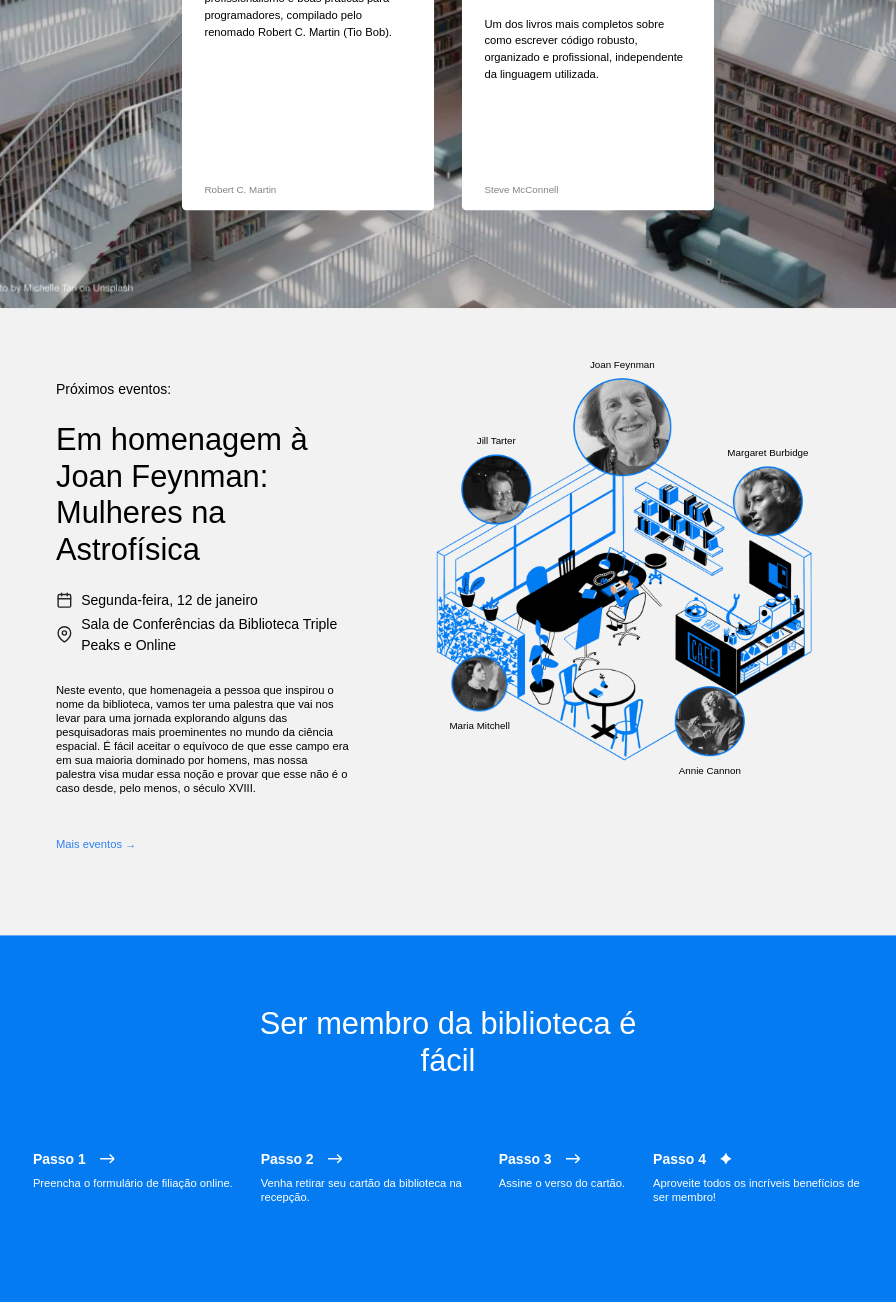
Repository: thainagomesc/web_project_library_pt
Page: index.html
These files come from the project's save history. The page is drawn as it stood at one moment and after the next save; the edit follows.
The browser window is 1280 px wide. The pictures show the part of the page from y = 1546 to 3466 px (the page is 3406 px tall before and 3466 px after), at 70% of full size.

Above is the page before, as saved 2025-12-29 16:41:18.

### index.html
<!DOCTYPE html>
<html lang="pt">
  <head>
    <meta charset="UTF-8" />
    <meta name="viewport" content="width=device-width, initial-scale=1.0" />
    <title>Biblioteca Triple Peaks</title>
    <link rel="shortcut icon" href="favicon.ico" />
    <link rel="stylesheet" href="./vendor/normalize.css" />
    <link rel="stylesheet" href="./styles/style.css" />
  </head>

  <body>
    <div class="page">
      <header class="header">
        <nav class="nav">
          <img
            src="./images/logo.svg"
            alt="Logotipo da Biblioteca Triple Peaks"
            class="nav__logo"
          />

          <ul class="nav__links">
            <li><a class="nav__link" href="#staff">Escolhas da Equipe</a></li>
            <li><a class="nav__link" href="#events">Eventos</a></li>
            <li><a class="nav__link" href="#">Seja um membro</a></li>
            <li><a class="nav__link" href="#">Contatos</a></li>
          </ul>
        </nav>

        <div class="header__content">
          <div>
            <h1 class="header__title">Bem-vindo à Biblioteca Triple Peaks</h1>
            <p class="header__description">
              Temos o prazer de abrir as portas da nossa biblioteca a todos! Venha expandir
              seus conhecimentos de desenvolvimento, ou apenas use esse belo local para trabalhar
              ou estudar. Esse é um lugar legal para estudantes legais!
            </p>
          </div>
          <img
            src="./images/inside_the_library.png"
            alt="Ilustração 'Dentro da biblioteca'"
            class="header__image"
          />
        </div>

        <div class="header__footer">
          <p class="header__address">Triple Peaks, 200 Success Avenue</p>
        </div>
      </header>

      <main class="content">
        <section class="staff" id="staff">
          <h2 class="staff__title">Escolhas da Equipe</h2>
          <p class="staff__subtitle">Que nossos leitores adoram</p>

          <ul class="staff__cards">

            <li class="card">
              <div class="card__content">
                <h3 class="card__title">Algoritmos: Teoria e Prática</h3>
                <p class="card__text">
                  Esse livro é uma introdução adequada aos algoritmos! Introdução aos algoritmos,
                  ou CLRS, em referência aos sobrenomes dos autores, aprofunda e abrange uma
                  variedade de algoritmos em vários capítulos independentes.
                </p>
                <p class="card__footer">
                  Thomas H. Cormen, Charles E. Leiserson, Ronald L. Rivest, Clifford Stein
                </p>
              </div>
            </li>

            <li class="card">
              <div class="card__content">
                <h3 class="card__title">
                  A Estrutura e Interpretação de Programas de Computador (SICP)
                </h3>
                <p class="card__text">
                  Um dos melhores livros para aprender os fundamentos da programação. Destacado
                  pelo MIT em um de seus cursos fundamentais, usa Scheme para ilustrar diversos
                  conceitos importantes.
                </p>
                <p class="card__footer">
                  Harold Abelson, Gerald Jay Sussman, Julie Sussman
                </p>
              </div>
            </li>

            <li class="card">
              <div class="card__content">
                <h3 class="card__title">
                  O Codificador Limpo
                </h3>
                <p class="card__text">
                  Um guia essencial sobre ética, profissionalismo e boas práticas para programadores,
                  compilado pelo renomado Robert C. Martin (Tio Bob).
                </p>
                <p class="card__footer">Robert C. Martin</p>
              </div>
            </li>

            <li class="card">
              <div class="card__content">
                <h3 class="card__title">
                  Code Complete: Um Manual Prático de Construção de Software
                </h3>
                <p class="card__text">
                  Um dos livros mais completos sobre como escrever código robusto, organizado e
                  profissional, independente da linguagem utilizada.
                </p>
                <p class="card__footer">Steve McConnell</p>
              </div>
            </li>
          </ul>
        </section>

        <section class="events" id="events">
        <div class="events__content">

          <h2 class="events__heading">Próximos eventos:</h2>
          <h3 class="events__title">
          Em homenagem à Joan Feynman: Mulheres na Astrofísica
          </h3>

          <div class="event-info events__info-section">
            <div class="event-info__item">

              <img
                src="./images/icon_calendar.svg"
                alt="Calendar icon"
                class="event-info__icon"
              />

              <p class="event-info__text">Segunda-feira, 12 de janeiro</p>
            </div>

            <div class="event-info__item">

              <img
                src="./images/icon_pin.svg"
                alt="Pin icon"
                class="event-info__icon"
              />

              <p class="event-info__text">
                Sala de Conferências da Biblioteca Triple Peaks e Online
              </p>
            </div>
          </div>

          <p class="events__description">
            Neste evento, que homenageia a pessoa que inspirou o nome da biblioteca, vamos ter uma
            palestra que vai nos levar para uma jornada explorando alguns das pesquisadoras mais
            proeminentes no mundo da ciência espacial. É
            fácil aceitar o equívoco de que esse campo era em sua maioria
            dominado por homens, mas nossa palestra visa mudar essa noção e
            provar que esse não é o caso desde, pelo menos,
            o século XVIII.
          </p>
          <a href="#events" class="events__more">Mais eventos &rarr;</a>
        </div>

        <div class="events__cover">
          <img
            src="./images/cafe.png"
            alt="Ilustração 'Café na Biblioteca'"
            class="events__image"
          />

          <div class="person person_name_feynman">
            <p class="person__caption">Joan Feynman</p>

            <img
              src="./images/person_feynman.png"
              alt="Ilustração de Joan Feynman"
              class="person__image person__image_size_l"
            />
          </div>

          <div class="person person_name_burbidge">
            <p class="person__caption">Margaret Burbidge</p>

            <img
              src="./images/person_burbidge.png"
              alt="Ilustração de Margaret Burbidge"
              class="person__image person__image_size_m"
            />
          </div>

          <div class="person person_name_cannon">

            <img
              src="./images/person_cannon.png"
              alt="Ilustração de Annie Cannon"
              class="person__image person__image_size_m"
            />
            <p class="person__caption">Annie Cannon</p>
          </div>

          <div class="person person_name_mitchell">
            <img
              src="./images/person_mitchell.png"
              alt="Ilustração de Maria Mitchell"
              class="person__image person__image_size_s"
            />

            <p class="person__caption">Maria Mitchell</p>
          </div>

          <div class="person person_name_tarter">
            <p class="person__caption">Jill Tarter</p>

            <img
              src="./images/person_tarter.png"
              alt="Ilustração de Jill Tarter"
              class="person__image person__image_size_m"
            />
          </div>
        </section>

        <section class="membership">
          <h2 class="membership__title">Ser membro da biblioteca é fácil</h2>

          <ul class="membership__steps">
            <li class="step">

          <h3 class="step__title">
            Passo 1
            <img
              src="./images/icon_step_forward.svg"
              alt="icon forward"
              class="step__icon"
            />
          </h3>

          <p class="step__description">
            Preencha o formulário de filiação online.
          </p>

          </li>
            <li class="step">
            <h3 class="step__title">
            Passo 2
            <img
              src="./images/icon_step_forward.svg"
              alt="icon forward"
              class="step__icon"
            />
            </h3>
            <p class="step__description">
            Venha retirar seu cartão da biblioteca na recepção.
            </p>
          </li>

          <li class="step">
            <h3 class="step__title">
            Passo 3
            <img
              src="./images/icon_step_forward.svg"
              alt="icon forward"
              class="step__icon"
            />
            </h3>
            <p class="step__description">Assine o verso do cartão.</p>
          </li>
            <li class="step">
              <h3 class="step__title">
                Passo 4
                <img
                  src="./images/icon_step_finish.svg"
                  alt="icon finish"
                  class="step__icon"
                />
              </h3>
              <p class="step__description">
                Aproveite todos os incríveis benefícios de ser membro!
              </p>
            </li>
          </ul>
        </section>
      </main>
    </div>
  </body>
</html>

### styles/style.css
.page {
  min-width: 1100px;
  max-width: 1600px;
  margin: 0 auto;
  font-family: Arial, sans-serif;
  font-size: 16px;
  line-height: 20px;
}

.header {
  display: flex;
  flex-direction: column;
  height: 100vh;
  min-height: 720px;
  max-height: 800px;
  padding: 30px 80px 40px;
  position: relative;
  box-sizing: border-box;
}

.nav {
  display: flex;
  justify-content: space-between;
}

.nav__logo {
  width: 80px;
  height: 58px;
}

.nav__links {
  list-style-type: none;
  padding: 0;
  margin: 8px 0 0;
  display: flex;
  column-gap: 20px;
}

.nav__link {
  color: #000000;
  text-decoration: none;
}

.header__content {
  display: flex;
  justify-content: space-between;
}

.header__title {
  max-width: 635px;
  margin: 128px 0 32px;
  font-size: 62px;
  line-height: 76px;
  font-weight: 500;
}

.header__description {
  max-width: 515px;
  margin: 0;
  font-size: 20px;
  line-height: 30px;
}

.header__image {
  max-width: 636px;
}

.header__footer {
  margin-top: auto;
  width: 100%;
  display: flex;
  align-items: center;
  justify-content: flex-end;
  box-sizing: border-box;
}

.header__link {
  color: #2f80ed;
  text-decoration: none;
}

.header__address {
  margin: 0;
  color: #838383;
}

/* STAFF SECTION */

.staff {
  background-image: url("../images/staff_picks_background.jpg");
  background-position: center;
  background-size: cover;
  padding: 100px 0 140px;
}

.staff__title {
  text-align: center;
  font-size: 44px;
  line-height: 52px;
  font-weight: 400;
  margin: 0 0 24px;
  color: #ffffff;
}

.staff__subtitle {
  text-align: center;
  font-size: 20px;
  line-height: 30px;
  font-weight: 400;
  margin: 0;
  color: #ffffff;
}

.staff__cards {
  max-width: 760px;
  margin: 40px auto 0;
  padding: 0;
  list-style-type: none;
  display: flex;
  flex-wrap: wrap;
  justify-content: center;
  gap: 40px;
}

.card {
  background-color: #fff;
  border-radius: 6px;
  padding: 32px 40px 20px 32px;
  box-sizing: border-box;
  height: 420px;
  width: 360px;
  list-style-type: none;
}

.card__content {
  width: 100%;
  height: 100%;
  display: flex;
  flex-direction: column;
}

.card__title {
  font-size: 20px;
  line-height: 30px;
  font-weight: 700;
  margin: 0;
}

.card__text {
  margin: 20px 0 0;
  font-size: 16px;
  line-height: 24px;
}

.card__footer {
  margin: 0;
  font-size: 14px;
  line-height: 20px;
  color: #838383;
  margin-top: auto;
}

.events {
  padding: 100px 0 120px 80px;
  display: flex;
  align-items: start;
  justify-content: space-between;
  box-sizing: border-box;
  background-color: #f2f2f2;
}

.events__content {
  flex-basis: 580px;
}

.events__heading {
  font-size: 20px;
  font-weight: 500;
  line-height: 30px;
  margin: 0;
}

.events__title {
  font-size: 44px;
  font-weight: 500;
  line-height: 52px;
  margin: 32px 0 0;
}

.events__info-section {
  margin-top: 32px;
}

.event-info__item {
  display: flex;
  align-items: center;
  margin-bottom: 4px;
  font-weight: 500;
}

.event-info__icon {
  background-repeat: no-repeat;
  background-position: center;
  margin-right: 12px;
  width: 24px;
  height: 24px;
}

.event-info__text {
  font-size: 20px;
  font-weight: 500;
  line-height: 30px;
  margin: 0;
}

.events__description {
  margin: 40px 0 60px;
}

.events__more {
  color: #2f80ed;
  text-decoration: none;
}

.events__cover {
  flex-grow: 1;
  flex-shrink: 0;
  flex-basis: 780px;
  max-width: 780px;
  position: relative;
}

.events__image {
  max-width: 100%;
}

.person {
  position: absolute;
  display: flex;
  align-items: center;
  flex-direction: column;
  gap: 10px;
}

.person_name_feynman {
  top: -30px;
  right: auto;
  bottom: auto;
  left: 319px;
}

.person_name_burbidge {
  top: 96px;
  right: 125px;
  bottom: auto;
  left: auto;
}

.person_name_cannon {
  top: auto;
  right: 216px;
  bottom: 18px;
  left: auto;
}

.person_name_mitchell {
  top: auto;
  right: auto;
  bottom: 82px;
  left: 142px;
}

.person_name_tarter {
  top: 79px;
  right: auto;
  bottom: auto;
  left: 159px;
}

.person__image {
  max-width: 100%;
}

.person__image_size_l {
  width: 140px;
}

.person__image_size_m {
  width: 100px;
}

.person__image_size_s {
  width: 80px;
}

.person__caption {
  text-align: center;
  font-size: 14px;
  margin: 0;
}

.membership {
  padding: 100px 0 140px;
  background-color: #057bf2;
  color: #ffffff;
}

.membership__title {
  max-width: 574px;
  margin: 0 auto;
  text-align: center;
  font-size: 44px;
  font-weight: 500;
  line-height: 52px;
}

.membership__steps {
  list-style-type: none;
  padding: 0;
  margin: 100px 0 0;
  display: flex;
  justify-content: center;

}

.step {
  max-width: 300px;
  margin: 0 20px;
  gap: 40px;
  bottom: 220px;
}

.step__title {
  margin: 0;
  font-size: 20px;
  line-height: 30px;
  font-weight: 700;
  display: flex;
  align-items: center;
}

.step__icon {
  margin-left: 20px;
}

.step__description {
  margin: 10px 0 0;
}

.footer {
  box-sizing: border-box;
}

.footer__columns {
}

.footer__column_content_hours {
}

.footer__column_content_social {
}

.footer__logo {
}

.footer__column-heading {
}

.footer__list {
  /* O código abaixo remove os estilos do navegador padrão para listas */
  list-style-type: none;
  padding: 0;
  margin: 0;
}

.footer__list-item {
}

.footer__column-link {
  color: white;
  text-decoration: none;
}

.footer__social-icon {
}

.footer__copyright {
  text-align: center;
  font-size: 14px;
  line-height: 20px;
  color: #838383;
  margin: 40px 0 20px;
}

Loaded but not shown: vendor/normalize.css (library)

After the next save:
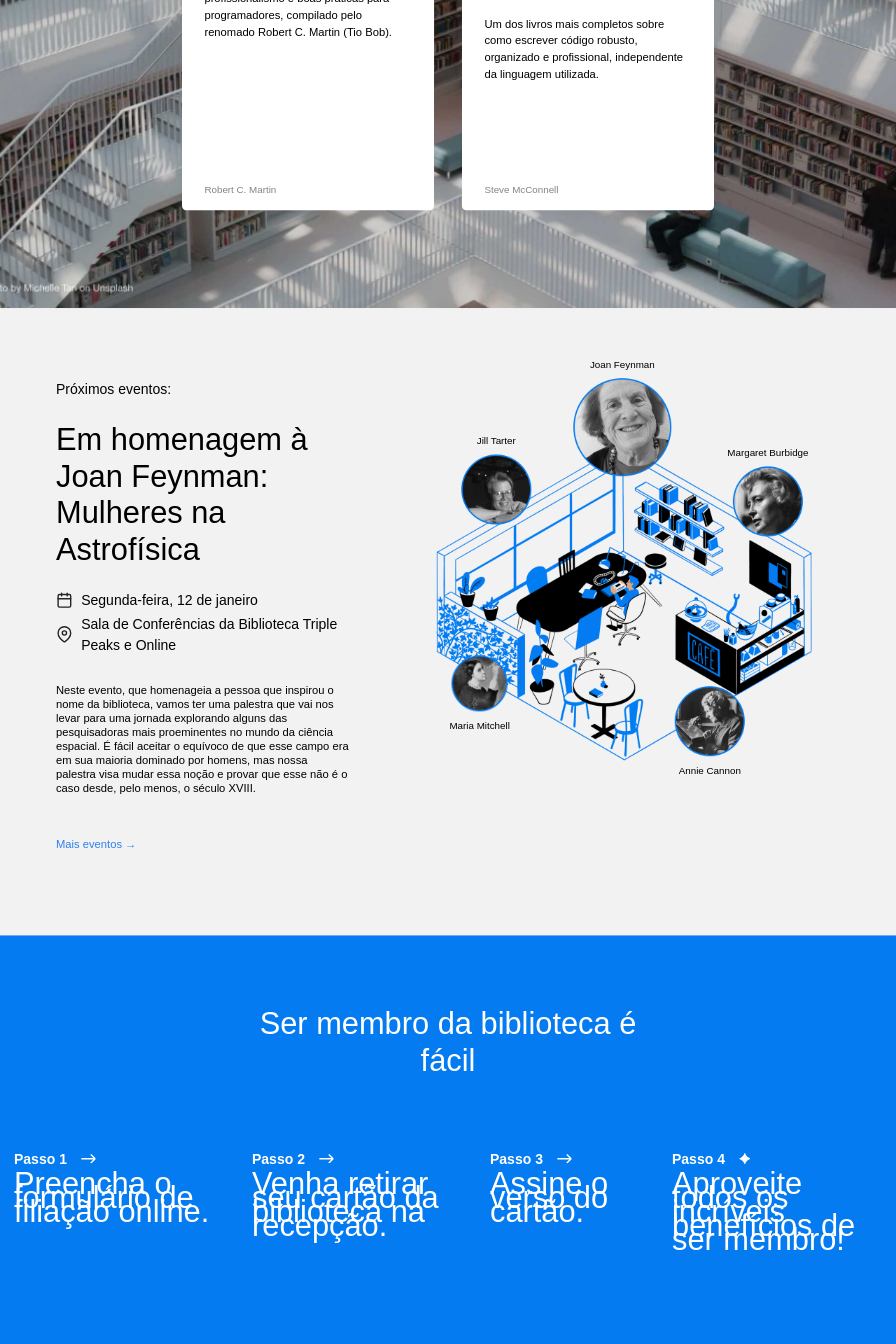
Saved 57 s later.
--- a/styles/style.css
+++ b/styles/style.css
@@ -328,6 +328,8 @@
   margin: 0 20px;
   gap: 40px;
   bottom: 220px;
+  text-align: left;
+  font-size: 44px;
 }
 
 .step__title {
